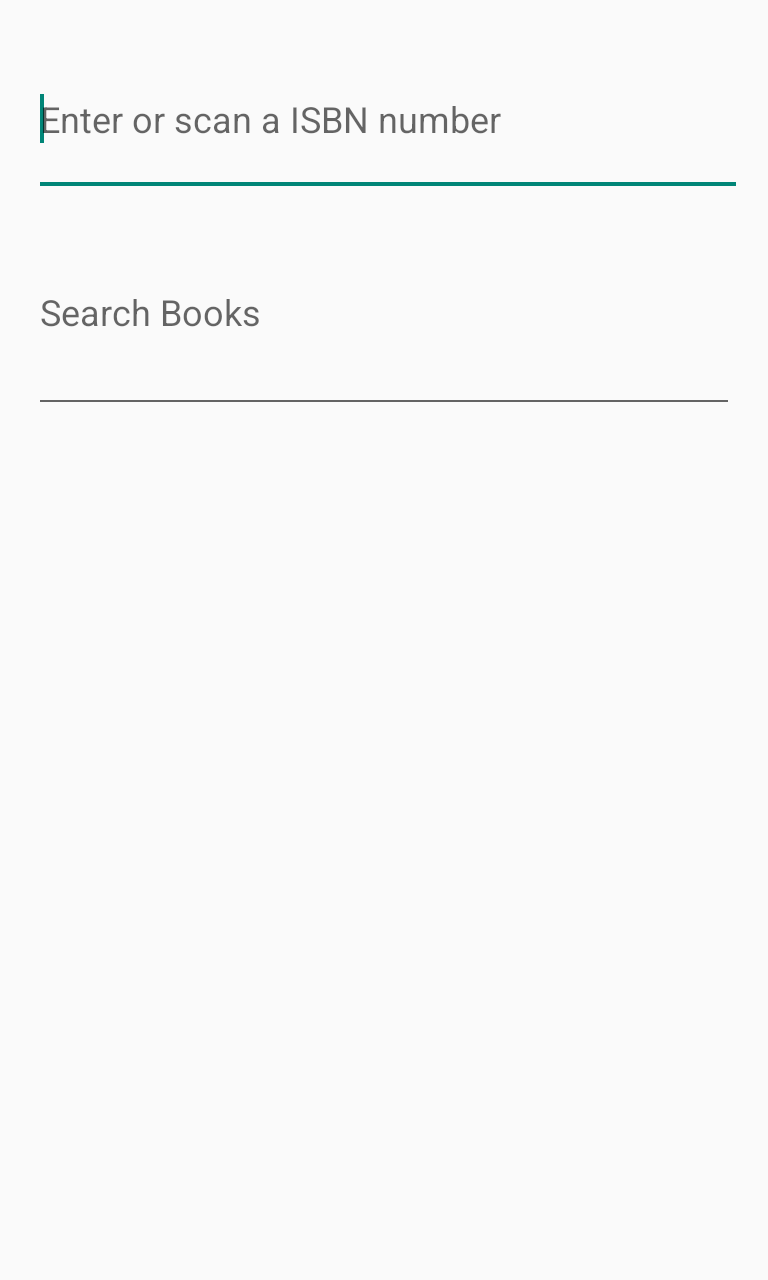
Repository: helenung/mrbookcase
Layout: booksafe/res/layout/fragment_main.xml
The author's editor kept a copy of each file at every save. The layout is drawn from the files as they stood at one save, then again after the next save.
It is drawn on a 768 x 1280 px phone screen (xhdpi) without system bars, with theme AppTheme; the app's code is not run.

Above is the layout before, as saved 2014-05-17 23:13:55.

### booksafe/res/layout/fragment_main.xml
<RelativeLayout xmlns:android="http://schemas.android.com/apk/res/android"
    xmlns:tools="http://schemas.android.com/tools"
    android:layout_width="match_parent"
    android:layout_height="match_parent"
    android:paddingBottom="@dimen/activity_vertical_margin"
    android:paddingLeft="@dimen/activity_horizontal_margin"
    android:paddingRight="@dimen/activity_horizontal_margin"
    android:paddingTop="@dimen/activity_vertical_margin"
    tools:context="com.example.booksafe.MainActivity$PlaceholderFragment" >

    <TextView
        android:id="@+id/section_label"
        android:layout_width="wrap_content"
        android:layout_height="wrap_content" />

    <LinearLayout
        android:id="@+id/linearLayout1"
        android:layout_width="wrap_content"
        android:layout_height="wrap_content"
        android:orientation="vertical" >

        <EditText
            android:id="@+id/editText1"
            android:layout_width="552dp"
            android:layout_height="84dp"
            android:hint="@string/enter"
            android:inputType="number" >

            <requestFocus />
        </EditText>
    </LinearLayout>

    <LinearLayout
        android:layout_width="wrap_content"
        android:layout_height="wrap_content"
        android:layout_alignLeft="@+id/linearLayout1"
        android:layout_alignRight="@+id/linearLayout1"
        android:layout_below="@+id/linearLayout1"
        android:orientation="vertical" >

        <EditText
            android:id="@+id/editText2"
            android:layout_width="match_parent"
            android:layout_height="109dp"
            android:ems="10"
            android:hint="@string/search"
            android:inputType="text" />

    </LinearLayout>

</RelativeLayout>

### booksafe/res/values/strings.xml
<?xml version="1.0" encoding="utf-8"?>
<resources>

    <string name="app_name">booksafe</string>
    <string name="title_section1">Section 1</string>
    <string name="title_section2">Section 2</string>
    <string name="title_section3">Section 3</string>
    <string name="action_settings">Settings</string>
    <string name="search">Search Books</string>
    <string name="enter">Enter or scan a ISBN number</string>
    <string name="scan">Scan ISBN number</string>

</resources>

Loaded but not shown: booksafe/res/values/styles.xml (common file); booksafe/res/values-v11/styles.xml (common file); booksafe/res/values-v14/styles.xml (common file); booksafe/res/values/dimens.xml (common file); booksafe/res/values-w820dp/dimens.xml (common file)

After the next save:
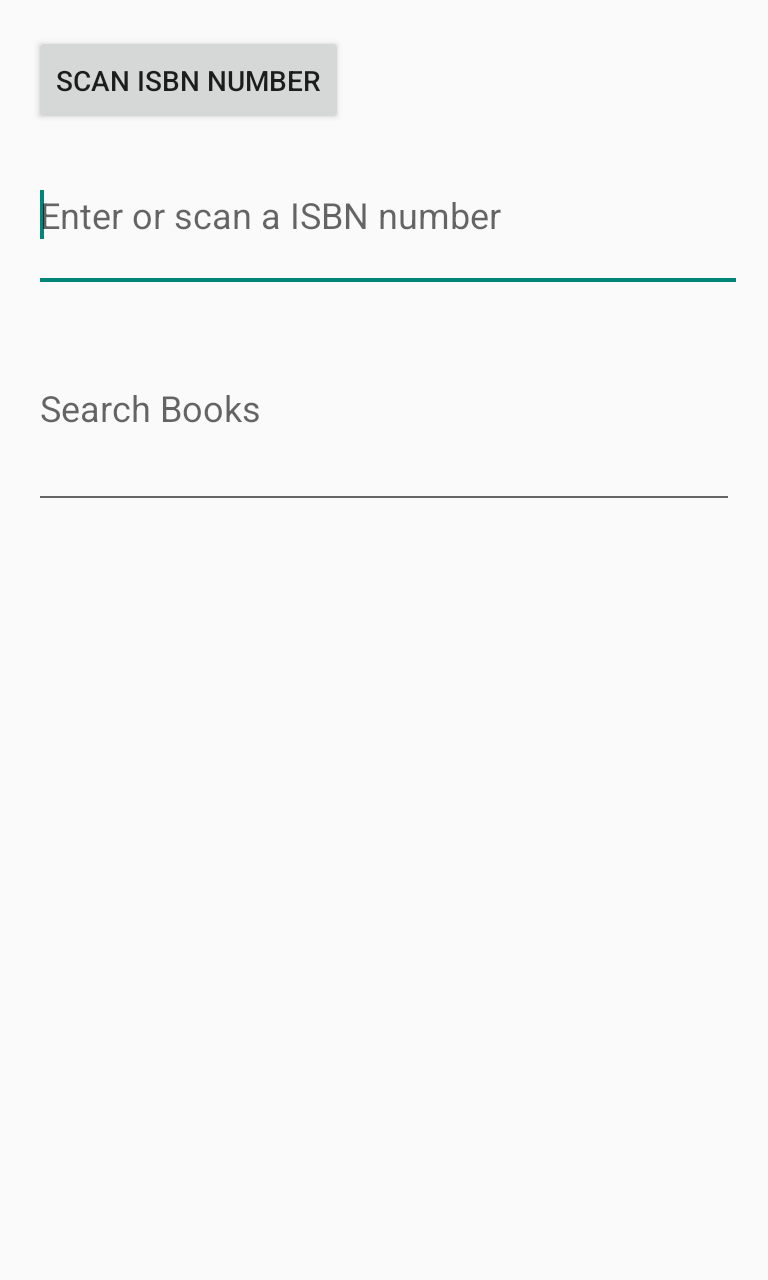
Saved 25 s later.
--- a/booksafe/res/layout/fragment_main.xml
+++ b/booksafe/res/layout/fragment_main.xml
@@ -18,6 +18,13 @@
         android:layout_width="wrap_content"
         android:layout_height="wrap_content"
         android:orientation="vertical" >
+
+        <Button
+            android:id="@+id/button1"
+            android:layout_width="wrap_content"
+            android:layout_height="wrap_content"
+            android:text="@string/scan"
+            android:onClick="scan" />
 
         <EditText
             android:id="@+id/editText1"
